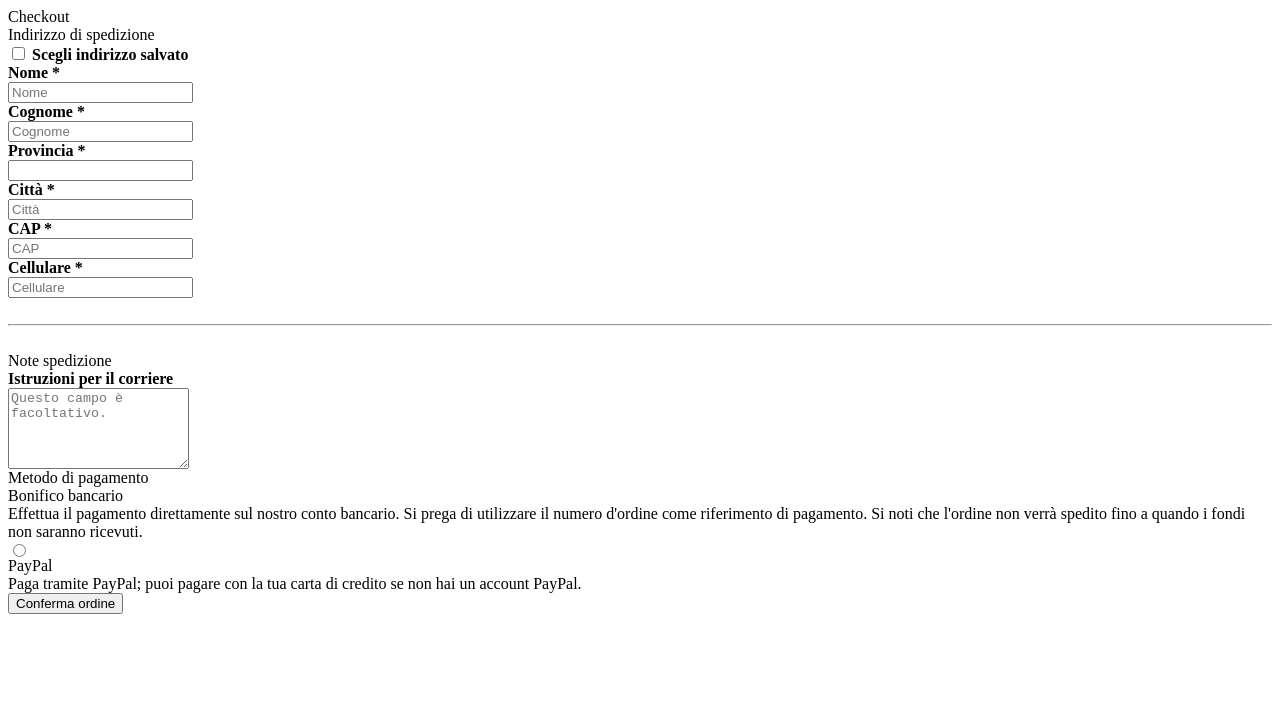
Repository: i4c0ni99/MotorShop
Page: skins/motor-html-package/motor/checkout.html
An editor plug-in stored every save of this project. The page is shown before and after the next save, followed by the edit.
The browser window is 1280 px wide. The pictures show the whole page.

Above is the page before, as saved 2024-10-21 17:38:47.

### skins/motor-html-package/motor/checkout.html
<section class="main-banner mv-wrap">
  <div data-image-src="images/background/demo_bg_1920x1680.png" class="mv-banner-style-1 mv-bg-overlay-dark overlay-0-85 mv-parallax">
    <div class="page-name mv-caption-style-6">
      <div class="container">
        <div class="mv-title-style-9"><span class="main">Checkout</span></div>
      </div>
    </div>
  </div>
</section>
<!-- .main-banner-->
<section class="mv-main-body checkout-main mv-bg-gray mv-wrap">
  <div class="container">
    <form method="post" action="checkout.php">
      <div class="checkout-block block-billing-address mv-mb-50">
        <div class="mv-form-style-2 mv-box-shadow-gray-1">
          <div class="row">
            <div class="col-sm-6 col-billing-address">
              <div class="form-billing-address">
                <div class="form-header">
                  <div class="mv-title-style-13">
                    <div class="text-main">Indirizzo di spedizione</div>
                  </div>
                </div>
                <!-- .form-header-->
                <div class="form-body">
                  <div class="mv-form-group">
                    <label class="mv-checkbox mv-checkbox-style-1">
                      <input type="checkbox" class="hidden checkbox-different-address" name="address_list" id="choose-saved-address"/><span class="checkbox-after-input"><span class="checkbox-visual-box">
                      <span class="icon-checked fa fa-check"></span></span><span class="checkbox-text"><strong>Scegli indirizzo salvato</strong></span></span>
                    </label>
                  </div>
                  <!-- Tabella indirizzi salvati -->
                  <div id="saved-addresses-table" style="display: none;">
                    <br>
                    <h3><b>Indirizzi salvati:</b></h3>
                    <br>
                    <div class="table-responsive table-desi">
                      <table class="all-package coupon-table table table-striped">
                        <thead>
                          <tr>
                            <th>Scegli</th>
                            <th>Nome</th>
                            <th>Cognome</th>
                            <th>Cellulare</th>
                            <th>Provincia</th>
                            <th>Città</th>
                            <th>Indirizzo</th>
                            <th>CAP</th>
                          </tr>
                        </thead>
                        <tbody>
                          <[foreach]>
                          <tr data-row-id="<[id]>">
                            <td>
                              <input class="checkbox_animated check-it" type="radio" name="address_list" value="<[id]>">
                            </td>
                            <td><[ADname]></td>
                            <td><[ADsurname]></td>
                            <td><[ADphone]></td>
                            <td><[ADprovince]></td>
                            <td><[ADcity]></td>
                            <td><[ADstreetAddress]></td>
                            <td><[ADcap]></td>
                          </tr>
                          <[/foreach]>
                        </tbody>
                      </table>
                    </div>
                  </div>
                  <div class="mv-form-group">
                    <div class="row">
                      <div class="col-sm-6">
                        <div class="mv-label"> <strong class="text-uppercase">Nome <span class="mv-color-primary">*</span></strong></div>
                        <div class="mv-field">
                          <input type="text" placeholder="Nome" name="first_name" minlength="2" class="mv-inputbox mv-inputbox-style-2"/>
                        </div>
                      </div>
                      <div class="col-sm-6">
                        <div class="mv-label"> <strong class="text-uppercase">Cognome <span class="mv-color-primary">*</span></strong></div>
                        <div class="mv-field">
                          <input type="text" placeholder="Cognome" name="last_name" minlength="2" class="mv-inputbox mv-inputbox-style-2"/>
                        </div>
                      </div>
                    </div>
                  </div>
                  <div class="mv-form-group">
                    <div class="mv-label"> <strong class="text-uppercase">Provincia <span class="mv-color-primary">*</span></strong></div>
                    <div class="mv-field">
                      <input type="text" id="province" name="province" minlength="2" class="mv-inputbox mv-inputbox-style-2">
                    </div>
                  </div>
                  <div class="mv-form-group">
                    <div class="mv-label"> <strong class="text-uppercase">Città <span class="mv-color-primary">*</span></strong></div>
                    <div class="mv-field">
                      <input type="text" placeholder="Città" name="city" minlength="2" class="mv-inputbox mv-inputbox-style-2"/>
                    </div>
                  </div>
                  <div class="mv-form-group">
                    <div class="mv-label"> <strong class="text-uppercase">CAP <span class="mv-color-primary">*</span></strong></div>
                    <div class="mv-field">
                      <input type="text" placeholder="CAP" name="zip_code" pattern="[0-9]{5}" class="mv-inputbox mv-inputbox-style-2"/>
                    </div>
                  </div>
                  <div class="mv-form-group">
                    <div class="mv-label"> <strong class="text-uppercase">Cellulare <span class="mv-color-primary">*</span></strong></div>
                    <div class="mv-field">
                      <input type="text" placeholder="Cellulare" name="phone" pattern="[3]{1}[0-9]{9}" minlength="10" class="mv-inputbox mv-inputbox-style-2"/>
                    </div>
                  </div>
                </div>
                <!-- .form-body-->
              </div>
              <!-- .form-billing-address-->
            </div>
            <br>
            <hr>
            <br>
            <div class="col-sm-6 col-shipping-address">
              <div class="form-different-address">
                <div class="form-header">
                  <div class="mv-title-style-13">
                    <div class="text-main">Note spedizione</div>
                  </div>
                </div>
                <div class="mv-form-group">
                  <div class="mv-label"> <strong class="text-uppercase">Istruzioni per il corriere</strong></div>
                  <div class="mv-field">
                    <textarea name="order_details" rows="5" placeholder="Questo campo è facoltativo." data-mv-placeholder="Questo campo è facoltativo." class="mv-inputbox mv-inputbox-style-2 mv-resize-vertical"></textarea>
                  </div>
                </div>
                <!-- .form-body-->
              </div>
              <!-- .form-shipping-address-->
            </div>
          </div>
        </div>
      </div>
      <!-- .block-billing-address-->
      <div class="checkout-block block-coupon-code">
        <div class="row">



































          <div class="col-xs-12 col-sm-12 col-md-4 col-cart-totals mv-mb-50">
            <div class="mv-well-style-2 mv-box-shadow-gray-1 mv-bg-white">
              <div class="well-2-header">
                <div class="mv-title-style-13">
                  <div class="text-main">Metodo di pagamento</div>
                </div>
              </div>
              <div class="well-2-body">
                <div class="mv-block-style-38">
                  <div class="block-38-list method-payment-list">
                    <div class="item">
                      <label class="block-38-header mv-btn mv-btn-style-4 btn-choose-method"><span class="block-38-visual-box"><span class="icon-checked"></span>
                      </span><span class="block-38-title"><span class="title-text">Bonifico bancario</span></span><span class="block-38-minus-plus fa fa-plus"></span></label>
                      <div class="block-38-body">
                        <div class="block-38-content">Effettua il pagamento direttamente sul nostro conto bancario.
                          Si prega di utilizzare il numero d'ordine come riferimento di pagamento.
                          Si noti che l'ordine non verrà spedito fino a quando i fondi non saranno ricevuti.</div>
                      </div>
                      <input type="radio" name="payment_method" value="Bonifico bancario" class="hidden">
                    </div>
                    <div class="item">
                      <label class="block-38-header mv-btn mv-btn-style-4 btn-choose-method"><span class="block-38-visual-box"><span class="icon-checked"></span>
                      </span><span class="block-38-title"><span class="title-text">PayPal</span></span><span class="block-38-minus-plus fa fa-plus"></span></label>
                      <div class="block-38-body">
                        <div class="block-38-content">Paga tramite PayPal; puoi pagare con la tua carta di credito se non hai un account PayPal.</div>
                      </div>
                      <input type="hidden" name="payment_method" value="PayPal">
                    </div>
                  </div>
                </div>
                <input type="hidden" name="payment_method" id="payment_method" value="Bonifico Bancario">
              </div>
            </div>
          </div>

        </div>
      </div>
      <div class="checkout-block block-confirm-order mv-mb-50">
        <div class="row">
          <div class="col-xs-12 col-sm-12 col-md-4 col-confirm-order mv-mb-50">
            <div class="mv-well-style-2 mv-box-shadow-gray-1 mv-bg-white">
              <div class="well-2-body">
                <button type="submit" class="mv-btn mv-btn-style-5 btn-5-h-45 responsive-btn-5-type-1 btn-confirm-order">Conferma ordine</button>
              </div>
            </div>
          </div>
        </div>
      </div>
    </form>
  </div>
</section>

<script>
  document.addEventListener('DOMContentLoaded', function() {
    var checkbox = document.getElementById('choose-saved-address');
    var table = document.getElementById('saved-addresses-table');
    var paymentMethods = document.querySelectorAll('.btn-choose-method');

    checkbox.addEventListener('change', function() {
      if (checkbox.checked) {
        table.style.display = 'block';
      } else {
        table.style.display = 'none';
      }
    });

    paymentMethods.forEach(function(method) {
      method.addEventListener('click', function() {
        paymentMethods.forEach(function(m) {
          m.classList.remove('selected');
        });
        this.classList.add('selected');
        var input = this.querySelector('input[type="radio"]');
        input.checked = true;
        document.getElementById('payment_method_input').value = input.value;
      });
    });
  });
</script>

After the next save:
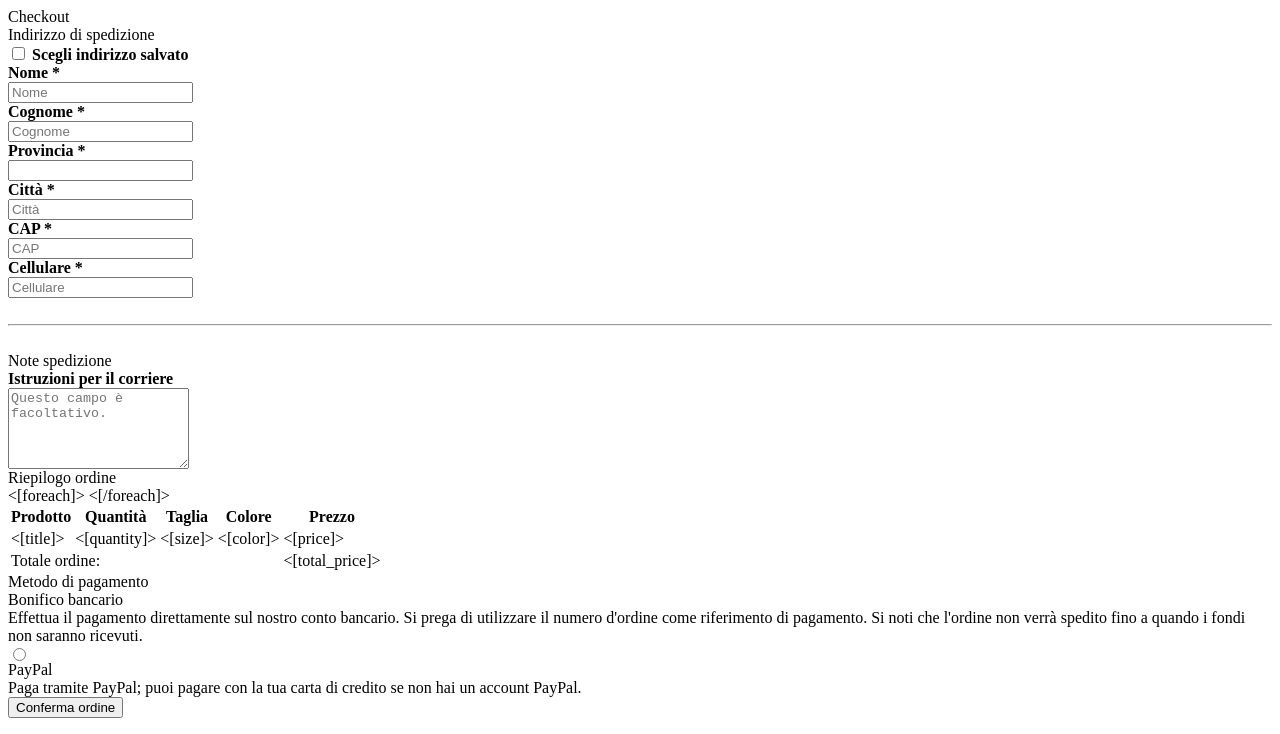
Saved 5 s later.
--- a/skins/motor-html-package/motor/checkout.html
+++ b/skins/motor-html-package/motor/checkout.html
@@ -139,39 +139,45 @@
       <div class="checkout-block block-coupon-code">
         <div class="row">
 
-
-
-
-
-
-
-
-
-
-
-
-
-
-
-
-
-
-
-
-
-
-
-
-
-
-
-
-
-
-
-
-
-
+          <div class="col-xs-12 col-sm-6 col-md-4 col-coupon-code mv-mb-50">
+            <div class="mv-well-style-2 mv-box-shadow-gray-1 mv-bg-white">
+              <div class="well-2-header">
+                <div class="mv-title-style-13">
+                  <div class="text-main">Riepilogo ordine</div>
+                </div>
+              </div>
+              <div class="well-2-body">
+                <table class="mv-table-style-1">
+                  <thead>
+                    <tr>
+                      <th class="text-uppercase">Prodotto</th>
+                      <th class="text-uppercase">Quantità</th>
+                      <th class="text-uppercase">Taglia</th>
+                      <th class="text-uppercase">Colore</th>
+                      <th class="text-uppercase">Prezzo</th>
+                    </tr>
+                  </thead>
+                  <tbody>
+                    <[foreach]>
+                      <tr>
+                        <td><[title]></td>
+                        <td><[quantity]></td>
+                        <td><[size]></td>
+                        <td><[color]></td>
+                        <td><[price]></td>
+                      </tr>
+                    <[/foreach]>
+                  </tbody>
+                  <tfoot>
+                    <tr>
+                      <td colspan="4" class="text-uppercase">Totale ordine:</td>
+                      <td class="text-uppercase"><[total_price]></td>
+                    </tr>
+                  </tfoot>
+                </table>
+              </div>
+            </div>
+          </div>
 
           <div class="col-xs-12 col-sm-12 col-md-4 col-cart-totals mv-mb-50">
             <div class="mv-well-style-2 mv-box-shadow-gray-1 mv-bg-white">
